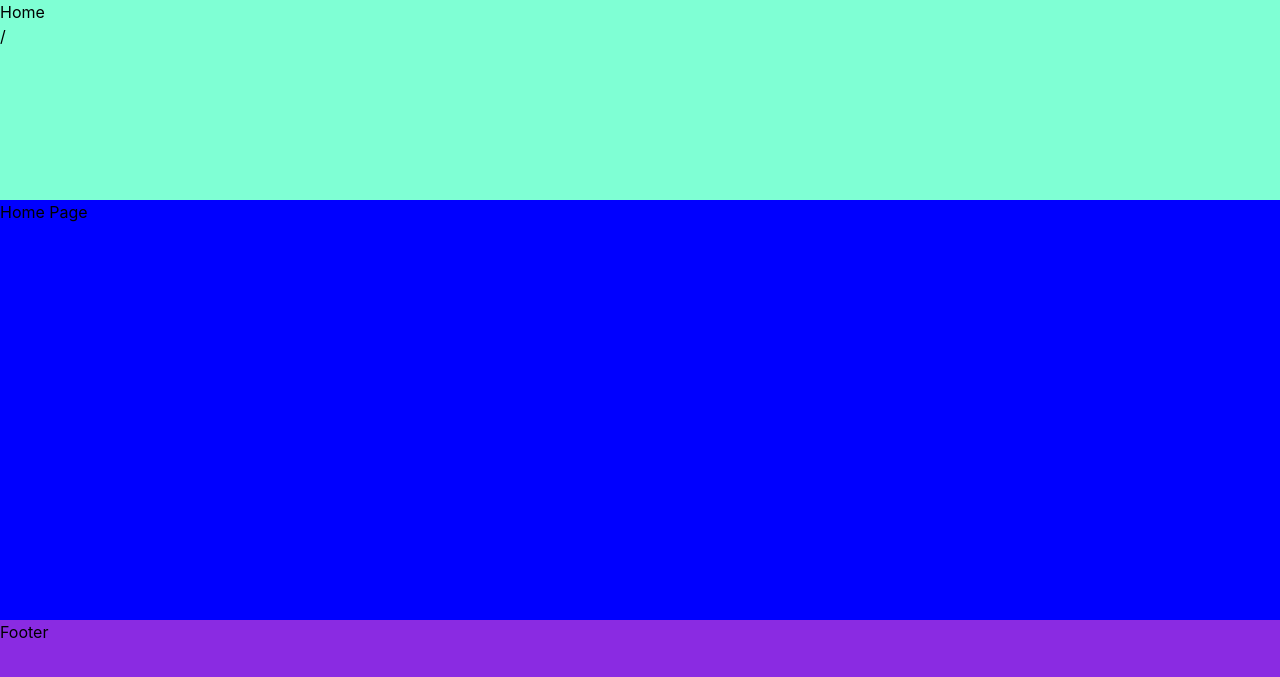
Repository: Coralee-Long/react-bits
Page: /
An editor plug-in stored every save of this project. The page is shown before and after the next save, followed by the edit.
The browser window is 1280 px wide. The pictures show the whole page.
The project was rebuilt for these pictures with package versions that can differ from the ones it lists, and the page was loaded fresh each time. Also part of the build but not shown: src/pages/ContactPage.js, src/components/projects/TailwindCheatsheet/components/TailwindGrid.utils.js, src/components/projects/TailwindCheatsheet/components/TailwindGrid.js, src/components/projects/TailwindCheatsheet/data/tailwindData.js, src/components/navigation/SideNavBar.js, src/pages/TailwindCheatsheetPage.js, src/pages/VideoGeneratorPage.js, src/pages/ChatGptPage.js and 4 more.

Above is the page before, as saved 2024-02-09 16:36:42.

### src/index.css
@tailwind base;
@tailwind components;
@tailwind utilities;

html,
body {
  font-family: -apple-system, BlinkMacSystemFont, 'Segoe UI', 'Roboto', 'Oxygen',
    'Ubuntu', 'Cantarell', 'Fira Sans', 'Droid Sans', 'Helvetica Neue',
    sans-serif;
  -webkit-font-smoothing: antialiased;
  -moz-osx-font-smoothing: grayscale;
  height: 100%;
  width: 100%;
  margin: 0;
  padding: 0;
  overflow-x: hidden; /* Prevents horizontal scroll */
  box-sizing: border-box;
}

#root {
  height: 100%;
}

### src/App.js
import { BrowserRouter as Router } from 'react-router-dom';
import AppRoutes from './routes/AppRoutes';
import Header from './layout/Header/Header';
import Footer from './layout/Footer/Footer';
import './App.css';

const App = () => {
  return (
    <div className="app-container">
      <Header />
      <main>
        <Router>
          <AppRoutes />
        </Router>
      </main>
      <Footer />
    </div>
  );
};

export default App;

### src/routes/AppRoutes.js
import { Routes, Route } from 'react-router-dom';
import HomePage from '../pages/HomePage.js';
import ContactPage from '../pages/ContactPage';
import TaiwindCheatsheetPage from '../pages/TailwindCheatsheetPage.js';
import VideoGeneratorPage from '../pages/VideoGeneratorPage.js';
import ChatGptPage from '../pages/ChatGptPage.js';
import ComparatorPage from '../pages/ComparatorPage.js';
import ContentfulPage from '../pages/ContentfulPage.js';

const AppRoutes = () => {
  return (
    <Routes>
      <Route path="/" element={<HomePage />} />
      <Route path="/contact" element={<ContactPage />} />
      <Route path="/tailwind-cheatsheet" element={<TaiwindCheatsheetPage />} />
      <Route path="/video" element={<VideoGeneratorPage />} />
      <Route path="/chatgpt" element={<ChatGptPage />} />
      <Route path="/comparator" element={<ComparatorPage />} />
      <Route path="/contentful" element={<ContentfulPage />} />
    </Routes>
  );
};

export default AppRoutes;

### src/layout/Header/Header.js
import { Dropdown } from '../../components/commons/DropDown/Dropdown';

const Header = () => {
  return (
    <header>
      <Dropdown />
    </header>
  );
};
export default Header;

### src/layout/Footer/Footer.js
const Footer = () => {
  return (
    <footer>
      <h1>Footer</h1>
    </footer>
  );
};
export default Footer;

### src/App.css
.app-container {
  display: flex;
  flex-direction: column;
  min-height: 100vh;
  background-color: brown;
}

main {
  flex-grow: 1;
  width: 100%;
  background-color: blue;
}

header {
  background-color: aquamarine;
  height: 200px;
  width: 100%;
}

footer {
  background-color: blueviolet;
  height: 100px;
  width: 100%;
}

### src/pages/HomePage.js
const HomePage = () => {
  return (
    <>
      <h1>Home Page</h1>
    </>
  );
};
export default HomePage;

### src/components/commons/DropDown/Dropdown.js
import { Link } from 'react-router-dom';
import pages from '../../../utils/pagesRegistry';

export const Dropdown = () => {
  console.log(pages);
  return (
    <div className="dropdown">
      <ul>
        {pages.map((page) => (
          <li key={page.name}>
            {/* <Link to={page.path}>{page.name}</Link> */}
            <p>{page.name}</p>
            <p>{page.path}</p>
          </li>
        ))}
      </ul>
    </div>
  );
};

### src/utils/pagesRegistry.js
const pages = [
  { name: 'Home', path: '/' },
  // { name: 'ChatGpt', path: '/chatgpt' },
  // { name: 'Contact', path: '/contact' },
  // { name: 'Contentful', path: '/contentful' },
  // { name: 'VideoGenerator', path: '/video' },
  // { name: 'TailwindCheatsheet', path: '/tailwind-cheatsheet' },
  // { name: 'Comparator', path: '/comparator' },
  // { name: 'Contentful', path: '/contentful' },
];

export default pages;

### tailwind.config.js
/** @type {import('tailwindcss').Config} */
module.exports = {
  purge: ['./src/**/*.{js,jsx,ts,tsx}', './public/index.html'],
  darkMode: false, // or 'media' or 'class'
  theme: {
    extend: {
      boxShadow: {
        custom:
          'inset -4px -4px 6px -1px rgba(255, 255, 255, 1), inset 2px 2px 8px -1px rgba(72, 79, 96, 0.5)',
      },
    },
  },
  variants: {
    extend: {},
  },
  plugins: [],
};

Loaded but not shown: public/index.html (common file); src/index.js (common file); src/reportWebVitals.js (common file)

After the next save:
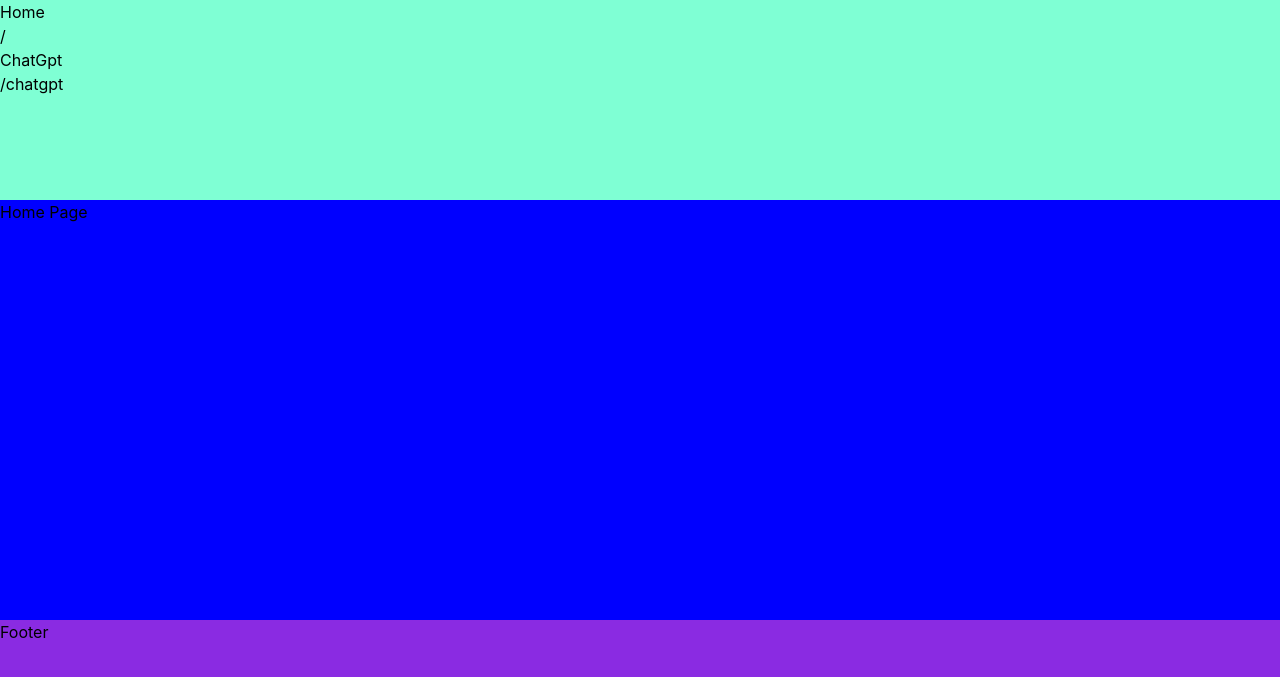
Saved 10 s later.
--- a/src/utils/pagesRegistry.js
+++ b/src/utils/pagesRegistry.js
@@ -1,6 +1,6 @@
 const pages = [
   { name: 'Home', path: '/' },
-  // { name: 'ChatGpt', path: '/chatgpt' },
+  { name: 'ChatGpt', path: '/chatgpt' },
   // { name: 'Contact', path: '/contact' },
   // { name: 'Contentful', path: '/contentful' },
   // { name: 'VideoGenerator', path: '/video' },
